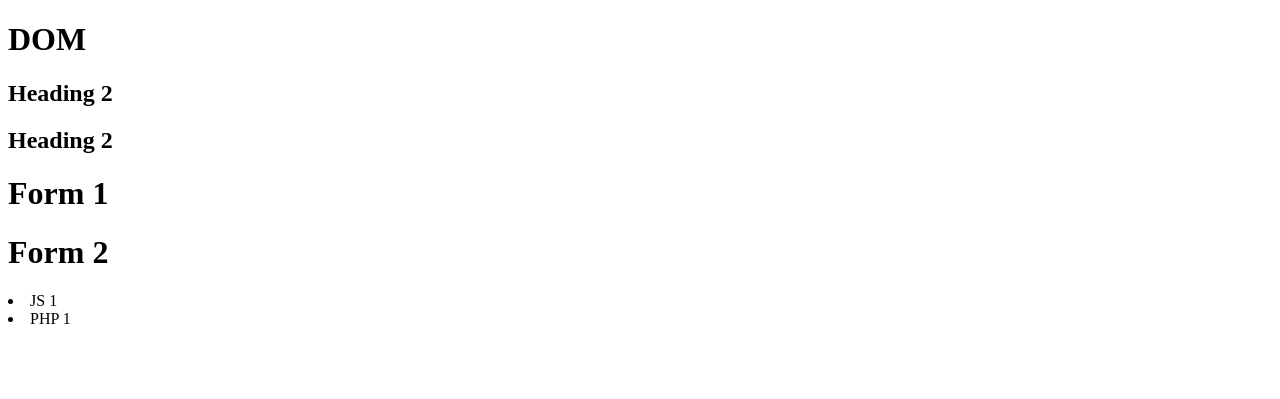
Repository: tannv3201/learn_JS_F8
Page: DOM/index.html
The author's editor kept a copy of each file at every save. The page is drawn from the files as they stood at one save, then again after the next save.
The browser window is 1280 px wide. The pictures show the whole page.

Above is the page before, as saved 2022-08-06 21:26:24.

After the next save:
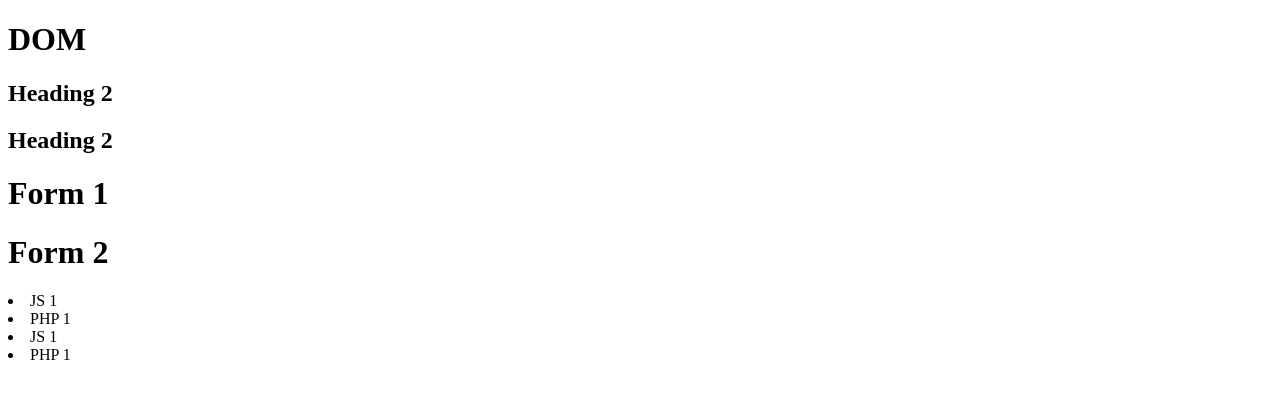
Saved 5 s later.
--- a/DOM/index.html
+++ b/DOM/index.html
@@ -33,7 +33,10 @@
     <li>JS 1</li>
     <li>PHP 1</li>
   </div>
-  <div class="box-2"></div>
+  <div class="box-2">
+    <li>JS 1</li>
+    <li>PHP 1</li>
+  </div>
 
   <script src="./main.js"></script>
 </body>
